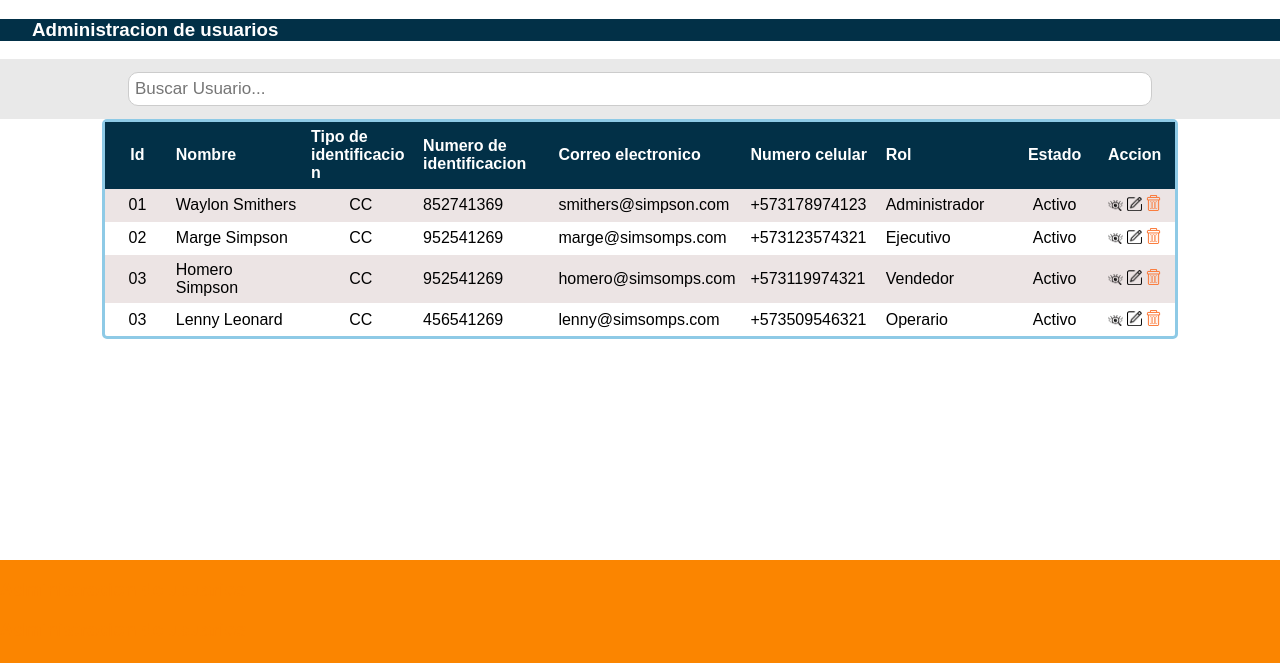
Repository: AlexanderBarona/Proyecto_Ciclo3_Mintic
Page: PaginaWeb/pages/admin_user.html
The author's editor kept a copy of each file at every save. The page is drawn from the files as they stood at one save, then again after the next save.
The browser window is 1280 px wide. The pictures show the whole page.

Above is the page before, as saved 2021-09-30 14:54:53.

### PaginaWeb/pages/admin_user.html
<!DOCTYPE html>
<html>

   <head>
      <title>Administracion de Usuarios</title>
      <link href="../css/style.css" rel="stylesheet" type="text/css">
      <link href="../css/admin_user.css" rel="stylesheet" type="text/css">
   </head>
   <body class="admin_user">
      <header>
         <h3>Administracion de usuarios</h3>
      </header>
      <main>
        <div class="TopBar">
            <div class="Search ">
                <input type="text" placeholder="Buscar Usuario...">
            </div>

        </div>

        <div class="table_principal">
            <table class="table_entity">

              <tbody class="table_body" >

                  <tr class="table_header" >

                    <td class="table_cell center">Id</td>
                    <td class="table_cell">Nombre</td>
                    <td class="table_cell">Tipo de identificacion</td>
                    <td class="table_cell">Numero de identificacion</td>
                    <td class="table_cell">Correo electronico</td>
                    <td class="table_cell">Numero celular</td>
                    <td class="table_cell">Rol</td>
                    <td class="table_cell center">Estado</td>
                    <td class="table_cell center">Accion</td>

                  </tr>

                  <tr >
                    <td class="table_cell center">01</td>
                    <td class="table_cell">Waylon Smithers</td>
                    <td class="table_cell center">CC</td>
                    <td class="table_cell">852741369</td>
                    <td class="table_cell">smithers@simpson.com</td>
                    <td class="table_cell">+573178974123</td>
                    <td class="table_cell">Administrador</td>
                    <td class="table_cell center">Activo</td>
                    <td class="table_cell center">
                      <div class="icon_container">
                        <nav>
                          <a href="icon_table">
                            <img class="icon_cell" src="../images/IconRead.ico">
                          </a>
                          <a href="icon_table">
                            <img class="icon_cell" src="../images/IconUpdate.ico">
                          </a>
                          <a href="icon_table">
                            <img class="icon_cell" src="../images/IconDelete.ico">
                          </a>
                        </nav>
                    </div>

                    </td>
                  </tr>

                <tr >
                  <td class="table_cell center">02</td>
                  <td class="table_cell">Marge Simpson</td>
                  <td class="table_cell center">CC</td>
                  <td class="table_cell">952541269</td>
                  <td class="table_cell">marge@simsomps.com</td>
                  <td class="table_cell">+573123574321</td>
                  <td class="table_cell">Ejecutivo</td>
                  <td class="table_cell center">Activo</td>
                  <td class="table_cell center">
                    <div class="icon_container ">
                      <nav>
                        <a href="icon_table">
                          <img class="icon_cell" src="../images/IconRead.ico">
                        </a>
                        <a href="icon_table">
                          <img class="icon_cell" src="../images/IconUpdate.ico">
                        </a>
                        <a href="icon_table">
                          <img class="icon_cell" src="../images/IconDelete.ico">
                        </a>
                      </nav>
                  </div>
                  </td>
                </tr>

                <tr >
                    <td class="table_cell center">03</td>
                    <td class="table_cell">Homero Simpson</td>
                    <td class="table_cell center">CC</td>
                    <td class="table_cell">952541269</td>
                    <td class="table_cell">homero@simsomps.com</td>
                    <td class="table_cell">+573119974321</td>
                    <td class="table_cell">Vendedor</td>
                    <td class="table_cell center">Activo</td>
                    <td class="table_cell center">

                                    <div class="icon_container">
                                        <nav>
                                          <a href="icon_table">
                                            <img class="icon_cell" src="../images/IconRead.ico">
                                          </a>
                                          <a href="icon_table">
                                            <img class="icon_cell" src="../images/IconUpdate.ico">
                                          </a>
                                          <a href="icon_table">
                                            <img class="icon_cell" src="../images/IconDelete.ico">
                                          </a>
                                        </nav>
                                    </div>


                    </td>
                </tr>
                <tr >
                    <td class="table_cell center">03</td>
                    <td class="table_cell">Lenny Leonard</td>
                    <td class="table_cell center">CC</td>
                    <td class="table_cell">456541269</td>
                    <td class="table_cell">lenny@simsomps.com</td>
                    <td class="table_cell">+573509546321</td>
                    <td class="table_cell">Operario</td>
                    <td class="table_cell center">Activo</td>
                    <td class="table_cell center">
                      <div class="icon_container">
                        <nav>
                          <a href="icon_table">
                            <img class="icon_cell" src="../images/IconRead.ico">
                          </a>
                          <a href="icon_table">
                            <img class="icon_cell" src="../images/IconUpdate.ico">
                          </a>
                          <a href="icon_table">
                            <img class="icon_cell" src="../images/IconDelete.ico">
                          </a>
                        </nav>
                    </div>
                    </td>
                </tr>
              </tbody>
            </table>
        </div>
      </main>
      <footer>
        <div>
          <h3>Administracion de usuarios</h3>
          <h3>Administracion de usuarios</h3>
          <h3>Administracion de usuarios</h3>
        </div>
      </footer>
   </body>
</html>

### PaginaWeb/css/style.css
* {
  box-sizing: border-box;
}

body {
  margin: 0;
  font-family: Arial, Helvetica, sans-serif;
}
header {
  background-color: #023047;
  color:  white;
  padding-left:2em ;

}

footer{
  background-color: #FB8500;
  color:  #FB8500;
  position:fixed;
  left:0px;
  bottom:0px;
  height:10em;
  width:100%;
}

### PaginaWeb/css/admin_user.css
/* css barra busqueda*/
@media screen and (max-width: 600px) {
  .Search a,
  .Search input[type="text"] {

    display: block;
    text-align: left;
    width: 100%;
    margin: 0 auto;
    padding: 14px;
    align-items: center;
  }
}

.admin_user .Search {
   overflow: hidden;
   background-color: #e9e9e9;
   display: block;
   width: 100%;
   text-align: center;
  }

.Search a {

    display: block;
    color: black;
    text-align: center;
    padding: 14px 16px;
    text-decoration: none;
    font-size: 17px;
  }

  .Search a:hover {
    background-color: #ddd;
    color: black;
  }

  .Search a.active {
    background-color: #9dcaf0;
    color: white;
  }

  .Search input[type="text"] {
    float: center;
    border-radius: 10px;
    border: 1px solid rgb(174, 204, 218);
    padding: 6px;
    margin-top: 1%;
    margin-right: 2%;
    margin-left: 2%;
    margin-bottom: 1%;
    font-size: 17px;
    width: 80%;
  }
  .Search input[type="text"] {
    border: 1px solid #ccc;
  }

 /* css tabla*/

  .table_entity {
    table-layout: fixed;
    width: 84%;
    margin: 0 auto;
    border-collapse: separate;
    border-spacing: 0px;
    border-radius: 5px;
    border: 3px solid #8ECAE6;

  }

  .table_entity td:first-child {
    width: 4em;
  }
  .table_entity td:nth-child(3) {
    width: 7em;
  }
  .table_entity td:nth-child(5) {
    width: 12em;
  }
  .table_entity td:nth-child(8) {
    width: 5em;

  }
  .table_entity td:nth-child(9) {
    width: 5em;
  }




  .table_header {
    background-color: #023047;
    color: #fff;
    font-weight:bold;
  }

  .table_entity tr:nth-child(even) {
  background-color: #ece4e4;
}

.table_entity .center {
  text-align: center;
}
/* css tabla perfiles*/
.table_entity2 {
  table-layout: fixed;
  width: 84%;
  margin: 0 auto;
  border-collapse: separate;
  border-spacing: 0px;
  border-radius: 5px;
  border: 3px solid #8ECAE6;

}

.table_entity2 td:first-child {
  width: 4em;
}

.table_entity2 td:nth-child(2) {
  width: 16em;
}


.table_entity2 td:nth-child(6) {
  width: 4.8em;

}


.table_entity2 tr:nth-child(even) {
background-color: #ece4e4;
}

.table_entity2 .center {
  text-align: center;
}

  th, td {

      word-wrap: break-word;
      padding: 0.4em;
      margin: 0em;
  }
  /* iconos */
  .icon_cell {

    height: 28%;
    width: 22%;
    margin: 0 auto 0 0;


}

.icon_container a , .icon_container a:visited {


  text-decoration: none;

}
/* css checkbox */

.checkbox_container input[type="checkbox"]  {
  content: "";
  width: 2em;
  height: 2em;
  border: 4px solid #bf810f;
  float: left;
  margin: 0 auto 0 0;
  border-right: 0;
  border-top: 0;


}
.checkbox_container input[type="checkbox"]:checked   {
  content: "";
  width: 2.2em;
  height: 2.2em;
  border: 4px solid #bf810f;
  color: #bf810f;
  background-color:#bf810f ;
  float: left;
  margin: 0 auto 0 0;
  border-right: 0;
  border-top: 0;

}

After the next save:
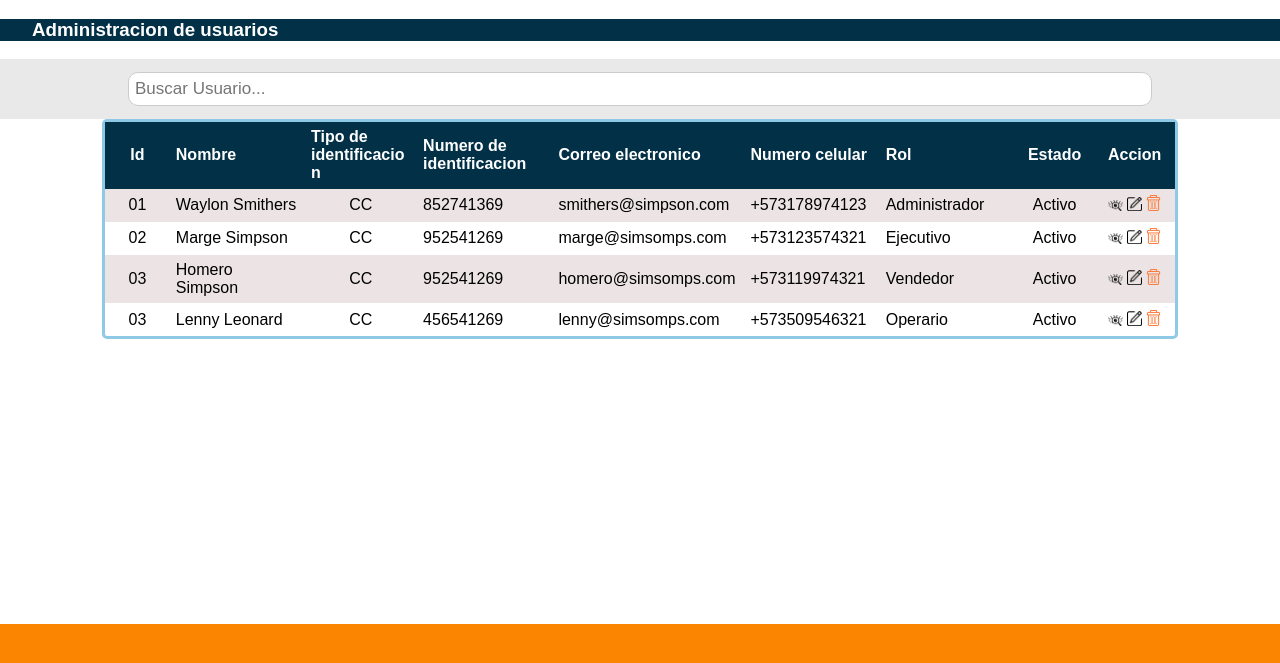
Saved 7 s later.
--- a/PaginaWeb/css/style.css
+++ b/PaginaWeb/css/style.css
@@ -19,6 +19,6 @@ footer{
   position:fixed;
   left:0px;
   bottom:0px;
-  height:10em;
+  height:6em;
   width:100%;
 }
